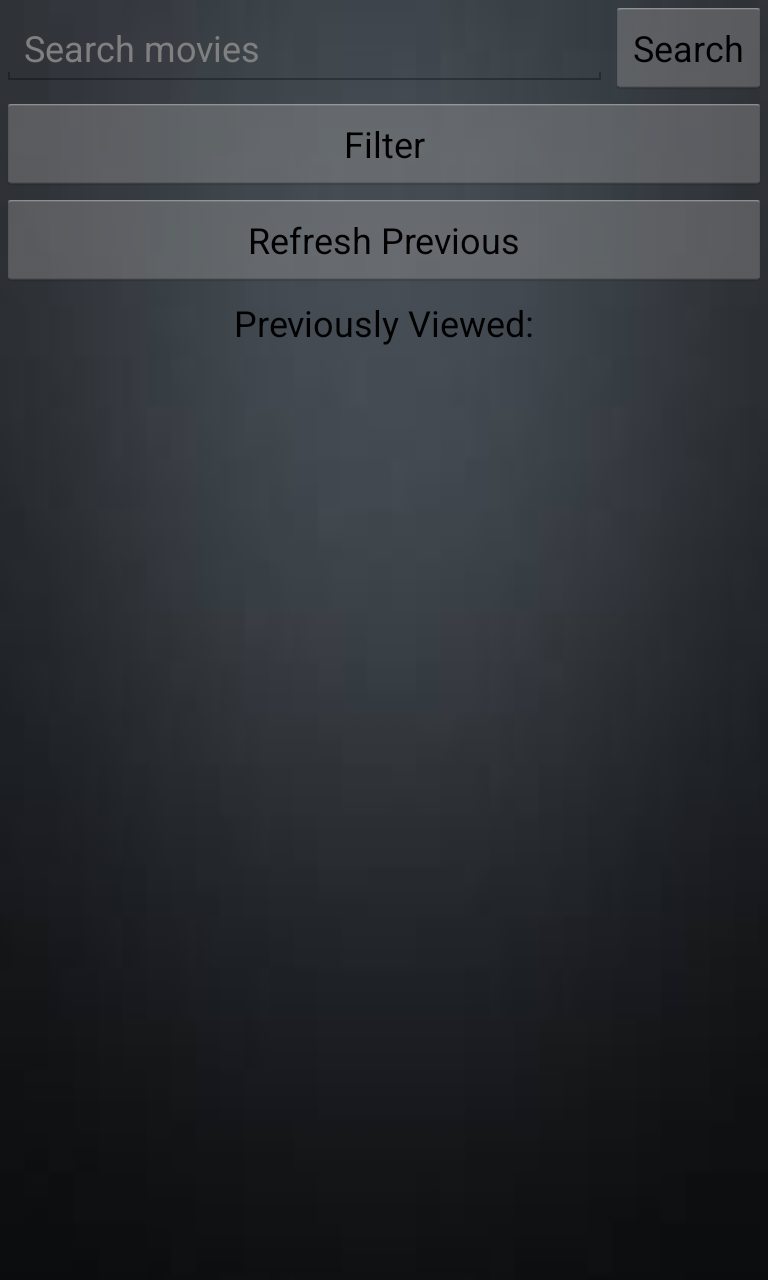
Repository: Tupling/Android-MovieDB
Layout: Java2_Android_App/MovieDB/res/layout/linear_layout.xml
The author's editor kept a copy of each file at every save. The layout is drawn from the files as they stood at one save, then again after the next save.
It is drawn on a 768 x 1280 px phone screen (xhdpi) without system bars, with theme AppTheme; the app's code is not run. Lists and similar views that code fills are empty.

Above is the layout before, as saved 2013-12-13 03:31:44.

### Java2_Android_App/MovieDB/res/layout/linear_layout.xml
<?xml version="1.0" encoding="utf-8"?>
<LinearLayout xmlns:android="http://schemas.android.com/apk/res/android"
    android:layout_width="match_parent"
    android:layout_height="match_parent"
    android:background="@drawable/background"
    android:orientation="vertical" >

    <LinearLayout
        android:layout_width="match_parent"
        android:layout_height="wrap_content"
        android:orientation="horizontal" >

        <EditText
            android:id="@+id/search_input"
            android:layout_width="0dip"
            android:layout_height="wrap_content"
            android:layout_weight="1"
            android:hint="@string/search_movies"
            android:textColor="#FFF" />

        <Button
            android:id="@+id/search_button"
            android:layout_width="wrap_content"
            android:layout_height="wrap_content"
            android:text="@string/search_btn_text" />
    </LinearLayout>

    <Button
        android:id="@+id/filter_button"
        android:layout_width="match_parent"
        android:layout_height="wrap_content"
        android:text="@string/filter_btn_text" />

    <Button
        android:id="@+id/refresh_previous"
        android:layout_width="match_parent"
        android:layout_height="wrap_content"
        android:text="@string/refresh_btn_text" />

    <ScrollView
        android:layout_width="fill_parent"
        android:layout_height="0dp"
        android:layout_weight="1" >

        <LinearLayout
            android:layout_width="match_parent"
            android:layout_height="wrap_content"
            android:orientation="horizontal" >

            <TextView
                android:id="@+id/previous_viewed"
                android:layout_width="match_parent"
                android:layout_height="wrap_content"
                android:layout_marginTop="5dip"
                android:gravity="center"
                android:text="@string/previous"
                android:textColor="#000"
                android:textSize="18sp" />

            <ImageView
                android:id="@+id/previous_poster"
                android:layout_width="wrap_content"
                android:layout_height="wrap_content"
                android:layout_gravity="center"
                android:layout_marginTop="20dip"
                android:contentDescription="@string/poster" />




        </LinearLayout>
    </ScrollView>
            	<ListView android:id="@+id/movie_list"
            		android:layout_width="wrap_content"
            		android:layout_height="wrap_content">
            	</ListView>
</LinearLayout>

### Java2_Android_App/MovieDB/res/values/strings.xml
<?xml version="1.0" encoding="utf-8"?>
<resources>

    <string name="app_name">Movies+</string>
    <string name="action_settings">Settings</string>
    <string name="hello_world">Hello world!</string>
    <string name="search_movies">Search movies</string>
    <string name="search_btn_text">Search</string>
    <string name="filter_btn_text">Filter</string>
    <string name="refresh_btn_text">Refresh Previous</string>
    <string name="filter_hint">Filter movies or New search...</string>
    <string name="search_hint">Search for movies...</string>
    <string name="details_string">Details</string>
    <string name="poster">Movie Poster</string>
    <string name="vote_avg_title">Vote Average:</string>
    <string name="vote_title">Votes:</string>
    <string name="previous">Previously Viewed:</string>

</resources>

Loaded but not shown: Java2_Android_App/MovieDB/res/values/styles.xml (common file); Java2_Android_App/MovieDB/res/values-v11/styles.xml (common file); Java2_Android_App/MovieDB/res/values-v14/styles.xml (common file)

After the next save:
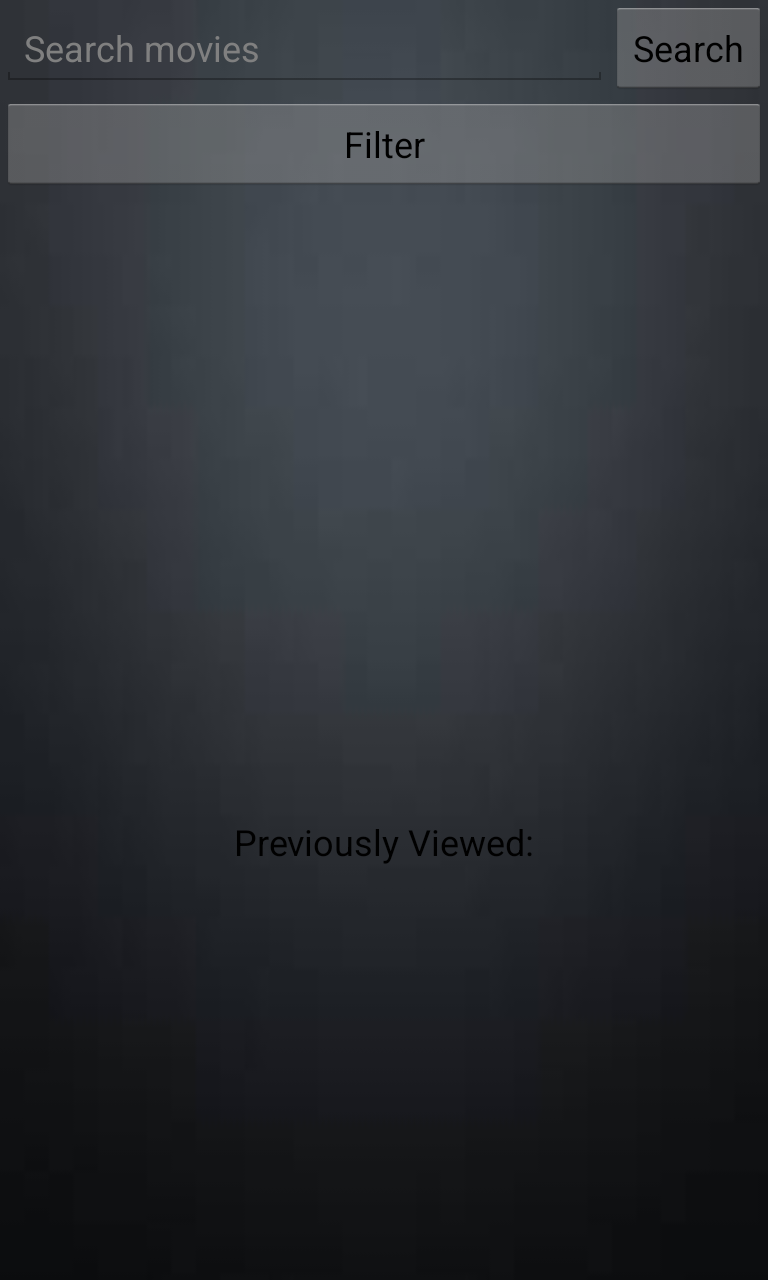
Saved 2 min 12 s later.
--- a/Java2_Android_App/MovieDB/res/layout/linear_layout.xml
+++ b/Java2_Android_App/MovieDB/res/layout/linear_layout.xml
@@ -24,7 +24,10 @@
             android:layout_height="wrap_content"
             android:text="@string/search_btn_text" />
     </LinearLayout>
-
+    <LinearLayout
+        android:layout_width="match_parent"
+        android:layout_height="wrap_content"
+        android:orientation="horizontal" >
     <Button
         android:id="@+id/filter_button"
         android:layout_width="match_parent"
@@ -36,7 +39,7 @@
         android:layout_width="match_parent"
         android:layout_height="wrap_content"
         android:text="@string/refresh_btn_text" />
-
+</LinearLayout>
     <ScrollView
         android:layout_width="fill_parent"
         android:layout_height="0dp"
@@ -66,12 +69,12 @@
                 android:contentDescription="@string/poster" />
 
 
-
-
-        </LinearLayout>
-    </ScrollView>
             	<ListView android:id="@+id/movie_list"
             		android:layout_width="wrap_content"
             		android:layout_height="wrap_content">
             	</ListView>
+
+        </LinearLayout>
+    </ScrollView>
+
 </LinearLayout>
